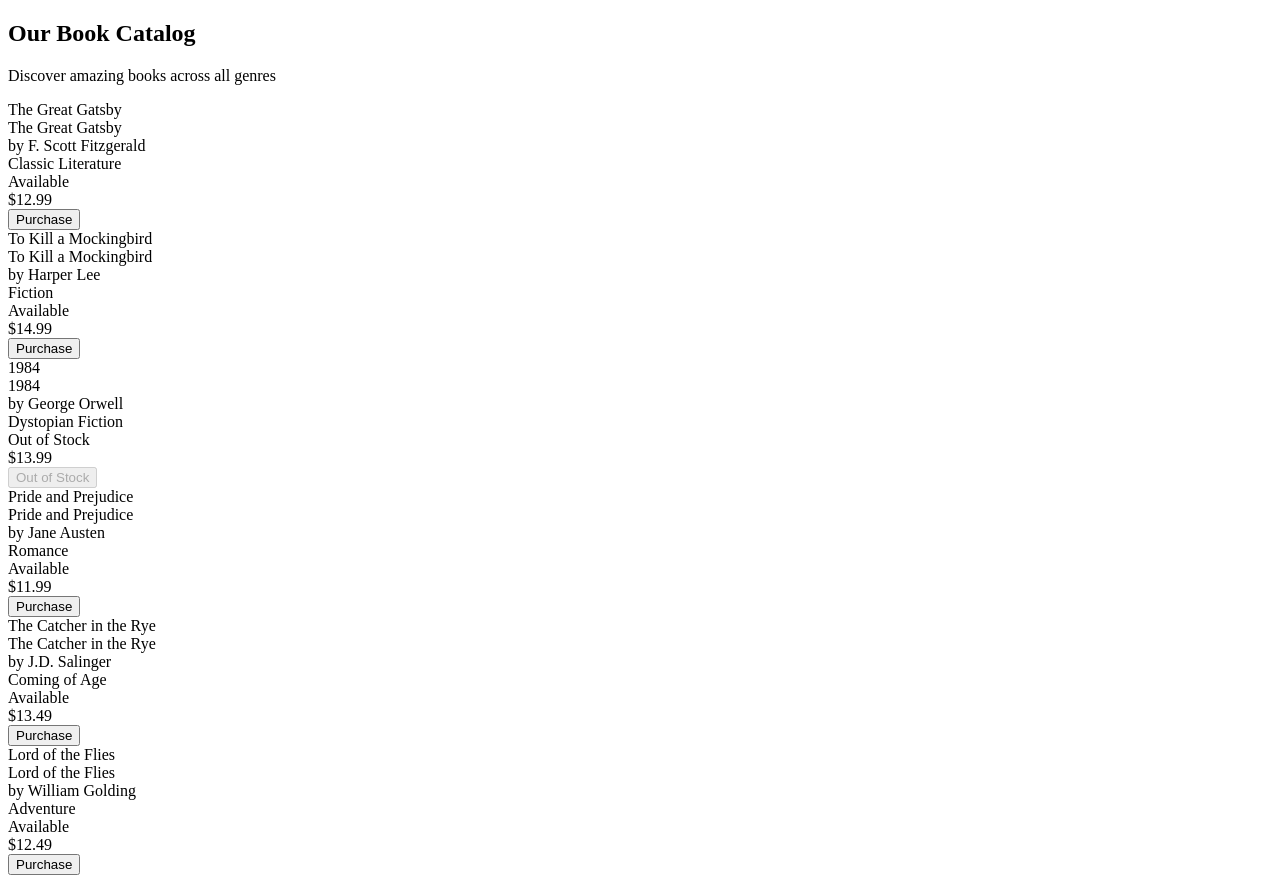
Repository: Ibrahim-Abohola/BookStore
Page: catalog.html
These files come from the project's save history. The page is drawn as it stood at one moment and after a run of saves; the edit follows.
The browser window is 1280 px wide. The pictures show the whole page.

Above is the page before, as saved 2025-07-15 19:44:17.

After the next 2 saves:
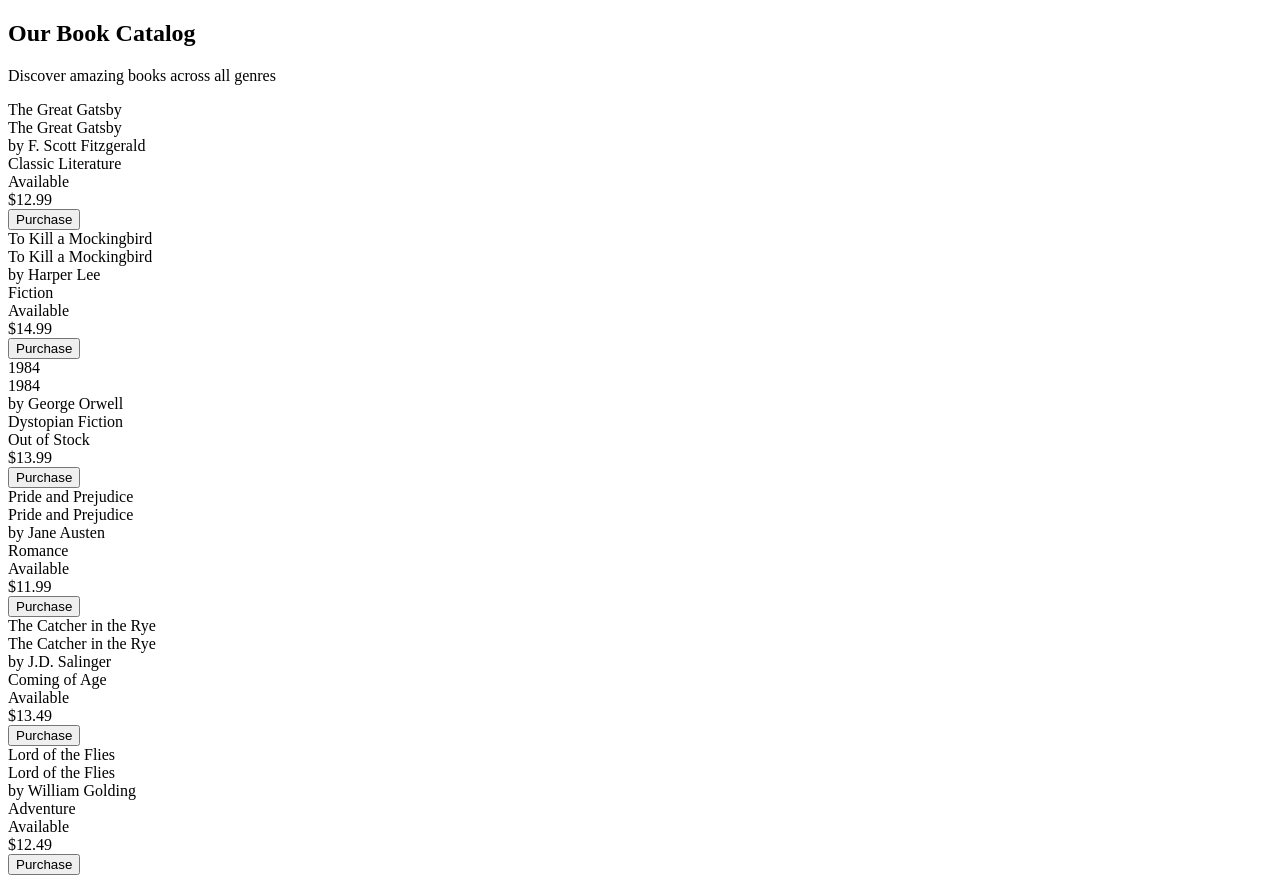
The 2 saves are shown as one change because they came seconds apart.
The last was saved 8 s later.
--- a/catalog.html
+++ b/catalog.html
@@ -35,7 +35,7 @@
                         <div class="book-genre">Fiction</div>
                         <div class="availability available">Available</div>
                         <div class="price">$14.99</div>
-<a href="purchase.html?title=Book%20Title%201&author=Author%20A&genre=Fiction&image=images/book1.jpg">
+                        <a href="purchase.html?title=Book%20Title%201&author=Author%20A&genre=Fiction&image=images/book1.jpg">
                         <button>Purchase</button>
                         </a>                    </div>
                 </div>
@@ -48,8 +48,9 @@
                         <div class="book-genre">Dystopian Fiction</div>
                         <div class="availability unavailable">Out of Stock</div>
                         <div class="price">$13.99</div>
-                        <button class="purchase-btn" disabled>Out of Stock</button>
-                    </div>
+<a href="purchase.html?title=Book%20Title%201&author=Author%20A&genre=Fiction&image=images/book1.jpg">
+                        <button>Purchase</button>
+                        </a>                    </div>
                 </div>
 
                 <div class="book-card">
